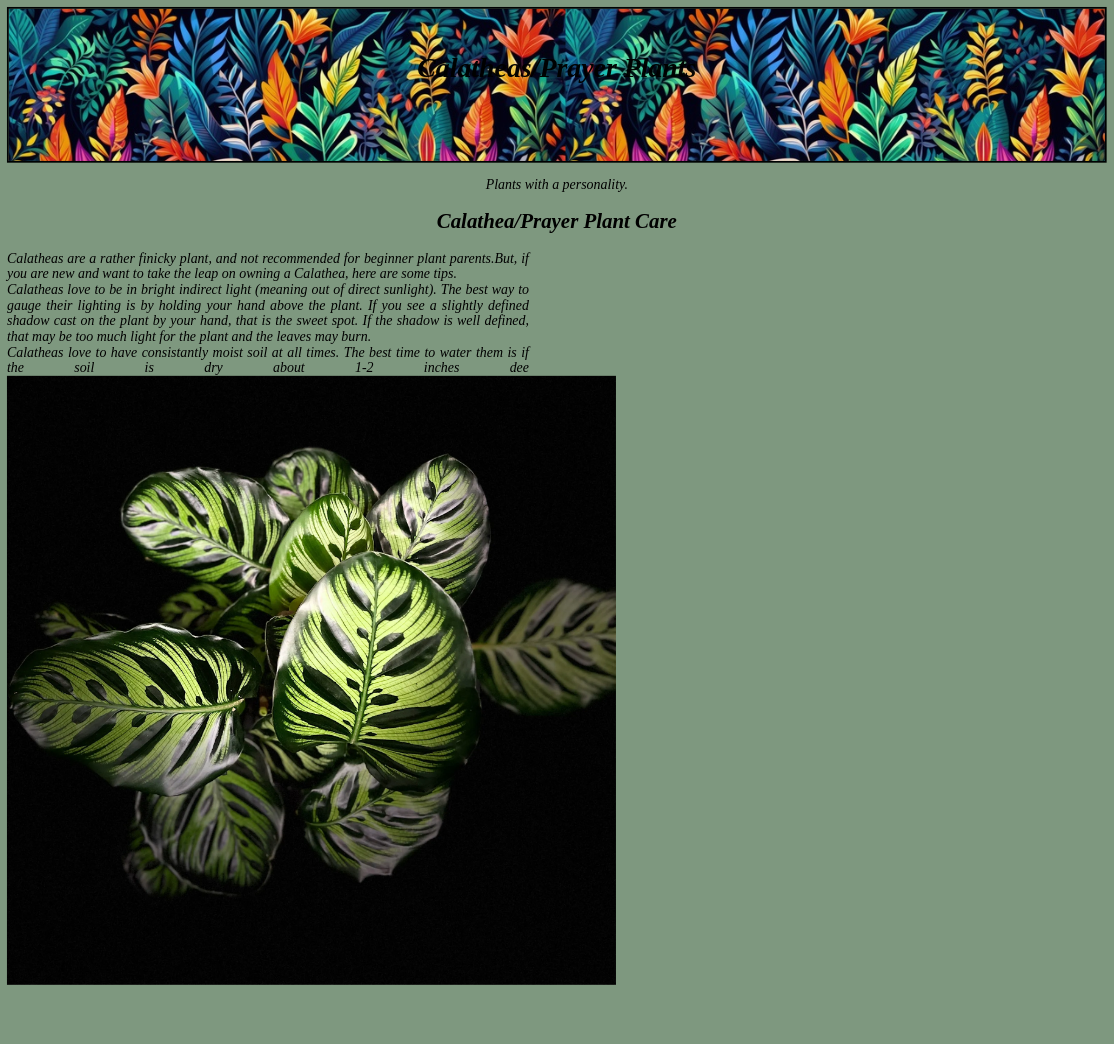
Repository: swillis91/odin-recipies
Page: Planty Page/calatheas.html
These files come from the project's save history. The page is drawn as it stood at one moment and after the next save; the edit follows.
The browser window is 1280 px wide. The pictures show the whole page, at 87% of full size.

Above is the page before, as saved 2023-08-11 00:16:14.

After the next save:
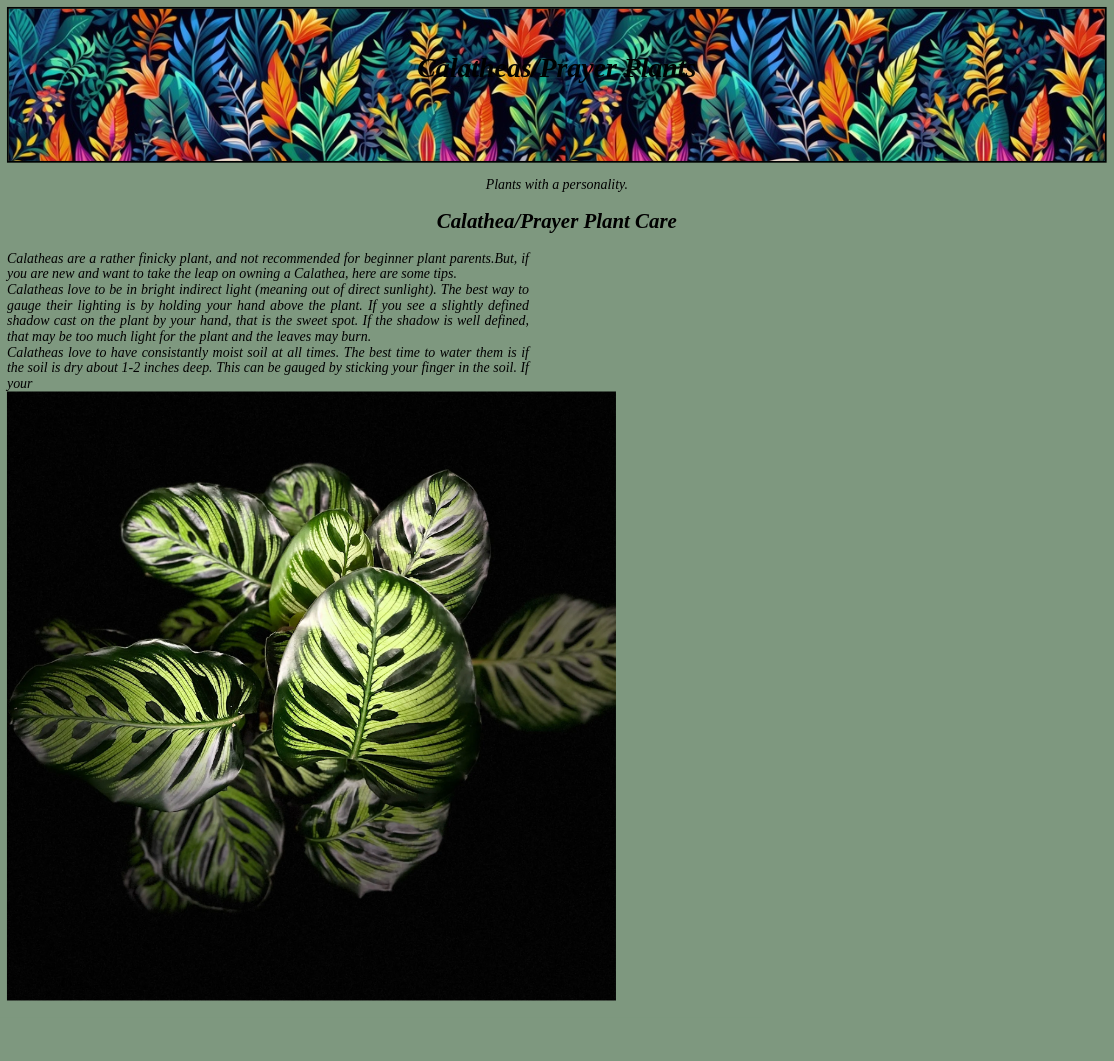
Saved 21 s later.
--- a/Planty Page/calatheas.html
+++ b/Planty Page/calatheas.html
@@ -12,7 +12,7 @@
                 <br>
                 Calatheas love to be in bright indirect light (meaning out of direct sunlight). The best way to gauge their lighting is by holding your hand above the plant. If you see a slightly defined shadow cast on the plant by your hand, that is the sweet spot. If the shadow is well defined, that may be too much light for the plant and the leaves may burn.
                 <br>
-                Calatheas love to have consistantly moist soil at all times. The best time to water them is if the soil is dry about 1-2 inches dee
+                Calatheas love to have consistantly moist soil at all times. The best time to water them is if the soil is dry about 1-2 inches deep. This can be gauged by sticking your finger in the soil. If your
                 <img src="./Images/makoyana.webp" id="calathea makoyana" width="700px">
 
                 </tr>
